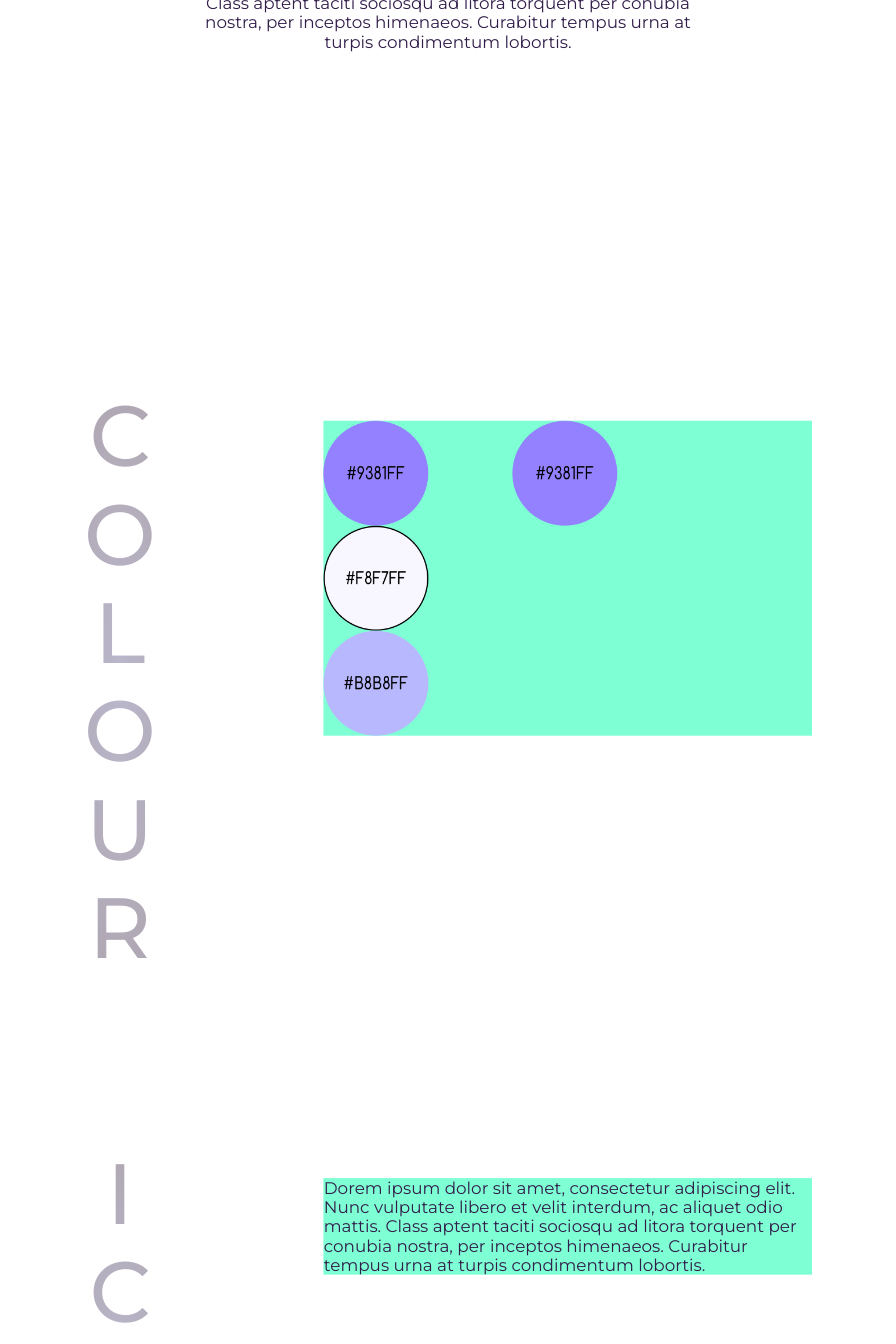
Repository: sierralaurent/Styleguide-Big_Project
Page: visuals.html
An editor plug-in stored every save of this project. The page is shown before and after the next save, followed by the edit.
The browser window is 1280 px wide. The pictures show the part of the page from y = 510 to 2430 px (the page is 3164 px tall), at 70% of full size.
Some web fonts or font styles are not loaded; a fallback is used.

Above is the page before, as saved 2023-03-10 14:54:10.

After the next save:
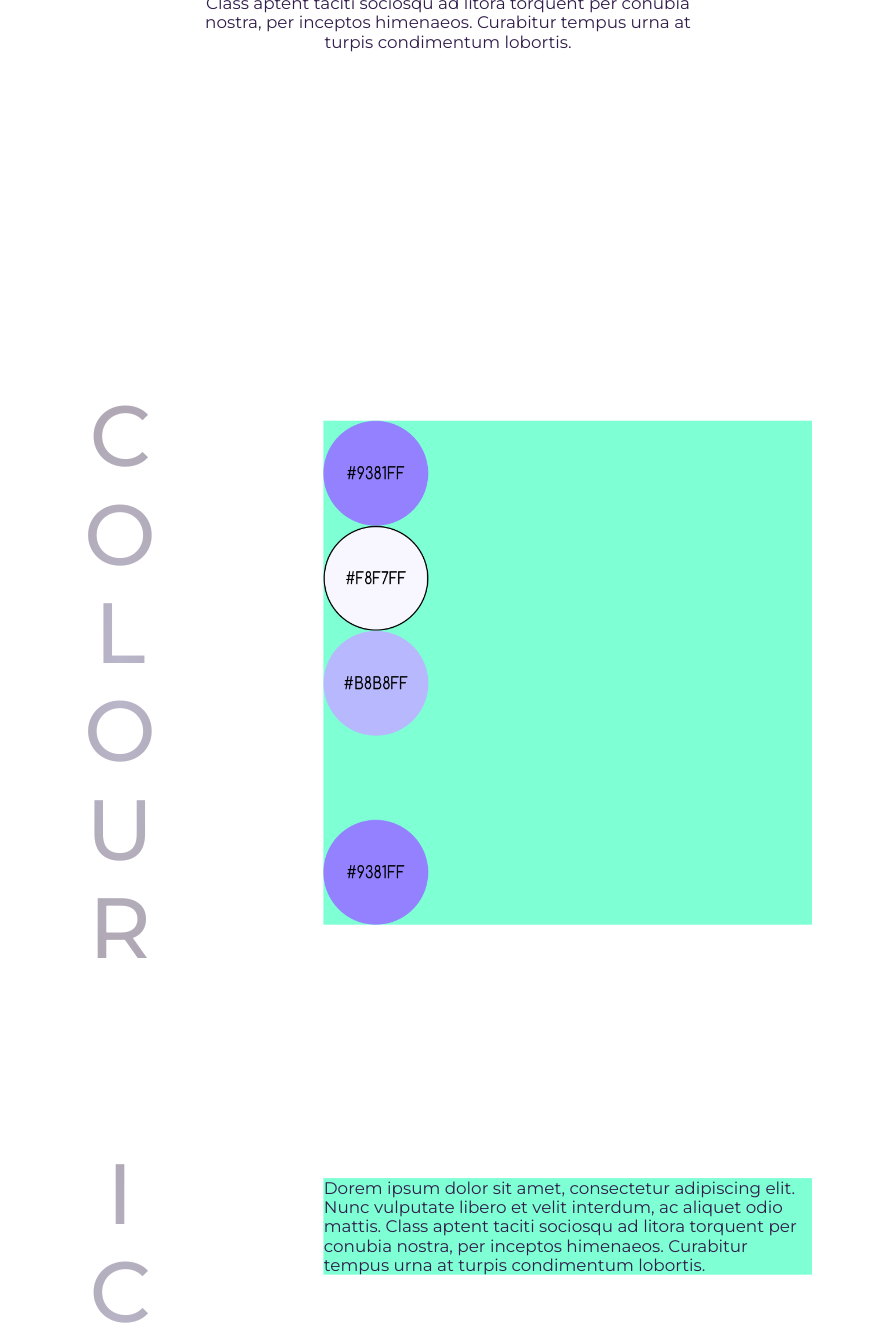
Saved 24 s later.
--- a/visuals.css
+++ b/visuals.css
@@ -118,7 +118,7 @@
     margin-right: 5rem;
     margin-bottom: 5rem;
     display: flex;
-    flex-direction: row;
+    flex-direction: column;
     gap: 5rem;
     color: var(--dark-purple);
     background-color: aquamarine;

After the save that followed:
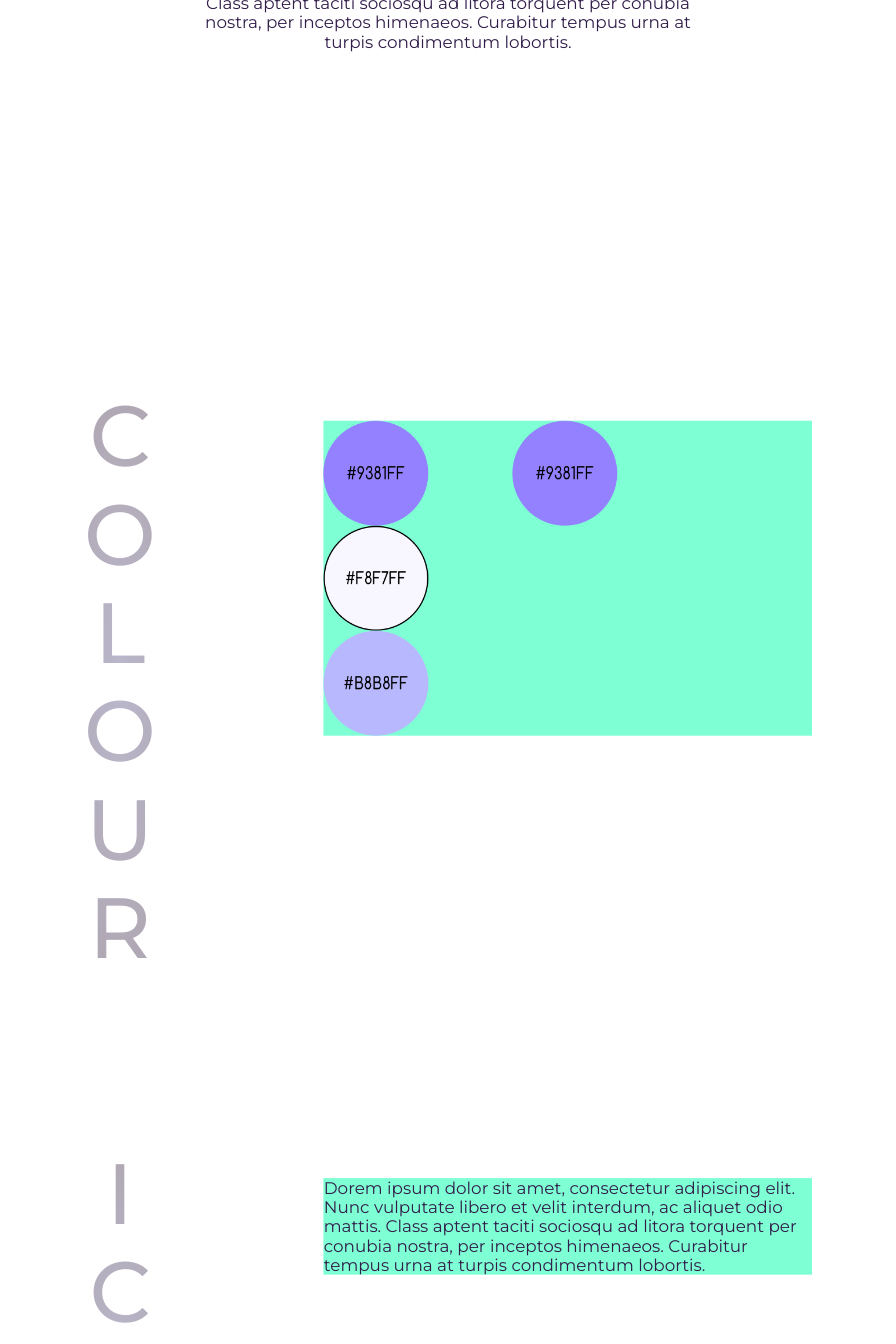
Saved 22 s later.
--- a/visuals.css
+++ b/visuals.css
@@ -118,7 +118,7 @@
     margin-right: 5rem;
     margin-bottom: 5rem;
     display: flex;
-    flex-direction: column;
+    flex-direction: row;
     gap: 5rem;
     color: var(--dark-purple);
     background-color: aquamarine;
